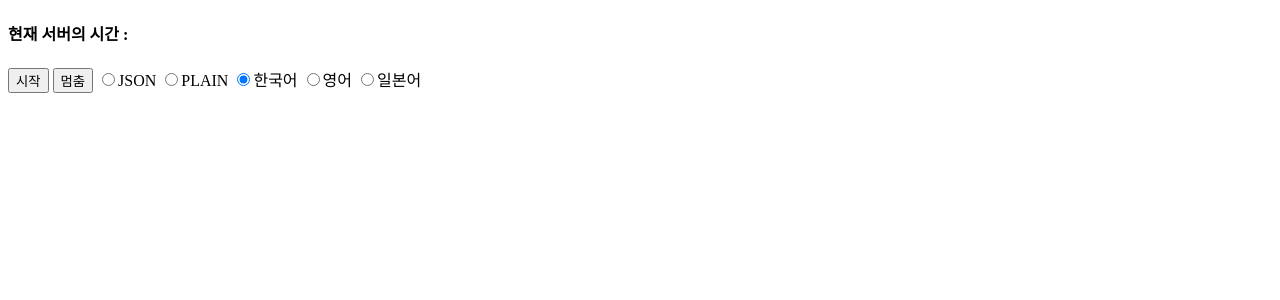
Repository: YOUNARAE/JSP
Page: http://localhost/WebStudy01/05/autoRequestCopy.jsp
An editor plug-in stored every save of this project. The page is shown before and after the next save, followed by the edit.
The browser window is 1280 px wide. The pictures show the whole page.
The page is served by Tomcat 9. Other server files are loaded and not shown.

Above is the page before, as saved 2022-12-13 12:04:01.

### WebStudy01/src/main/webapp/05/autoRequestCopy.jsp
<%@page import="java.util.Date"%>
<%@page import="java.util.Locale"%>
<%@ page language="java" contentType="text/html; charset=UTF-8"
    pageEncoding="UTF-8"%>
<!DOCTYPE html>
<html>
<head>
<meta charset="UTF-8">
<title>05/autoRequest.jsp</title>
<script type="text/javascript" src="${pageContext.request.contextPath}/resources/jquery-3.6.1.min.js"></script>
</head>
<body>
<!-- 문제 : radio버튼을 이용해서 파일 형식에 맞게 출력될 수 있도록하고,시작,중단버튼을 이용해서
          시간 제어가 가능해야한다. -->
<%--
	response.setIntHeader("Refresh", 1);
--%>
<%-- =new Date()--%>
<h4>현재 서버의 시간 : <span class="timeArea"> </span></h4>
<button class="controlBtn"  data-control-type="START">시작</button>
<button class="controlBtn"  data-control-type="STOP">멈춤</button>
<input type="radio" name="dataType" data-data-type="json" />JSON
<input type="radio" name="dataType" data-data-type="text" />PLAIN
<input type="radio" name="locale" value="<%=Locale.KOREAN.toLanguageTag()%>" checked />한국어
<input type="radio" name="locale" value="<%=Locale.ENGLISH.toLanguageTag()%>" />영어
<input type="radio" name="locale" value="<%=Locale.JAPANESE.toLanguageTag()%>" />일본어

<script type="text/javascript">
	// 먼저 jsp에서 UI 작업을 먼저 해준다
	let timeArea = $("#timeArea"); // span태그를 아이디를 이용해 timeArea에 제이쿼리 객체로 담는다


	//2단계 : 라디오버튼이 선택되면 선택된 json이나 text dataType으로 떠야한다

	//3단계 : 라디오 버튼이 선택되면 선택된 언어로 파라미터를 받아와야한다.

	let sendRequest = function(){
		$.ajax({
			url : "${pageContext.request.contextPath}/05/getServerTimeCopy",
			dataType : "json",
			success : function(resp){
				timeArea.html(resp.now);
			},
			error : function(jqXHR, status, error) {
				console.log(jqXHR);
				console.log(status);
				console.log(error);
			}
		});
	}

	setInterval(sendRequest,1000);
</script>
</body>
</html>

### WebStudy01/src/main/java/kr/or/ddit/servlet05/GetServerTimeControllerServletCopy.java
package kr.or.ddit.servlet05;

import java.io.IOException;
import java.util.Date;
import java.util.Locale;

import javax.servlet.ServletException;
import javax.servlet.annotation.WebServlet;
import javax.servlet.http.HttpServlet;
import javax.servlet.http.HttpServletRequest;
import javax.servlet.http.HttpServletResponse;

@WebServlet("/05/getServerTimeCopy")
public class GetServerTimeControllerServletCopy extends HttpServlet{

	@Override
	protected void doGet(HttpServletRequest req, HttpServletResponse resp) throws ServletException, IOException {

		//2
		Date now = new Date();
		String nowStr = String.format(Locale.CANADA, "now : %tc",now);
		req.setAttribute("now", nowStr);//toString()
		resp.setHeader("Refresh", "1");
		String viewName = "/jsonView.do";
		req.getRequestDispatcher(viewName).forward(req,resp);
	}
}

Loaded but not shown: WebStudy01/src/main/webapp/resources/jquery-3.6.1.min.js (library)

After the next save:
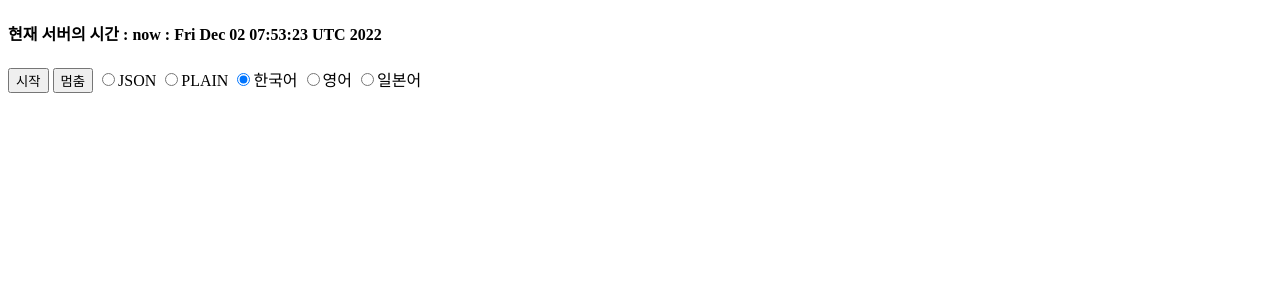
Saved 14 s later.
--- a/WebStudy01/src/main/webapp/05/autoRequestCopy.jsp
+++ b/WebStudy01/src/main/webapp/05/autoRequestCopy.jsp
@@ -16,7 +16,7 @@
 	response.setIntHeader("Refresh", 1);
 --%>
 <%-- =new Date()--%>
-<h4>현재 서버의 시간 : <span class="timeArea"> </span></h4>
+<h4>현재 서버의 시간 : <span id="timeArea"> </span></h4>
 <button class="controlBtn"  data-control-type="START">시작</button>
 <button class="controlBtn"  data-control-type="STOP">멈춤</button>
 <input type="radio" name="dataType" data-data-type="json" />JSON

After the save that followed:
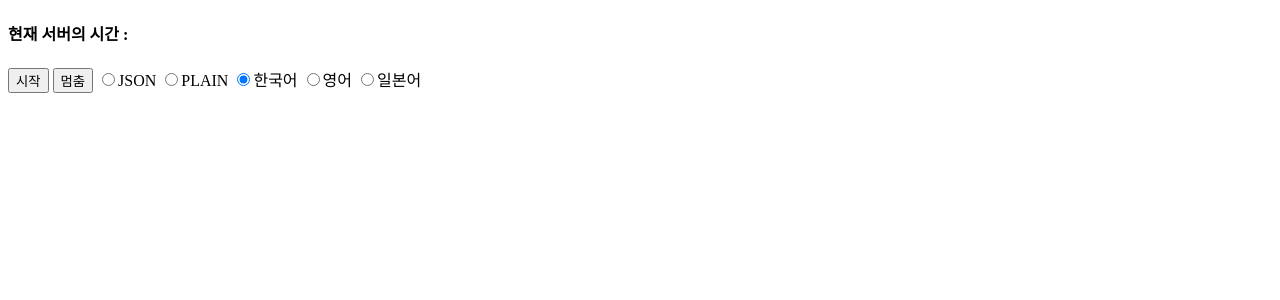
Console error: SyntaxError: Unexpected identifier '시작하면'
Saved 17 s later.
--- a/WebStudy01/src/main/webapp/05/autoRequestCopy.jsp
+++ b/WebStudy01/src/main/webapp/05/autoRequestCopy.jsp
@@ -28,6 +28,22 @@
 <script type="text/javascript">
 	// 먼저 jsp에서 UI 작업을 먼저 해준다
 	let timeArea = $("#timeArea"); // span태그를 아이디를 이용해 timeArea에 제이쿼리 객체로 담는다
+	//1단계 : 없던 버튼이 생겼다. 버튼에 대한 이벤트를 처리해준다
+	// 이벤트는 클릭이벤트다.
+	let controlBtns = $(".controlBtn").on("click",function(){ //.controlBtn를 제이쿼리 객체로 만들어서 클릭이벤트를 열어준다
+		//버튼이 2개이기 때문에 2개를 걸러주는 작업을 해야한다.
+		//이 버튼을 눌렀을 때
+		let controlType = $(this).data("controlType");
+		//눌린 버튼을 제이쿼리 객체화를 시켜서 controlType에 담았다
+		console.log(controlType);
+		if(controlType=="START"){
+			버튼이 시작하면 시계가 작동해야된다
+			let watch = setInterval(sendRequest,1000);
+		} else {
+			//버튼이 중지일 때 시계가 멈춘다
+			clearInterval(sendRequest);
+		}
+	});
 
 
 	//2단계 : 라디오버튼이 선택되면 선택된 json이나 text dataType으로 떠야한다
